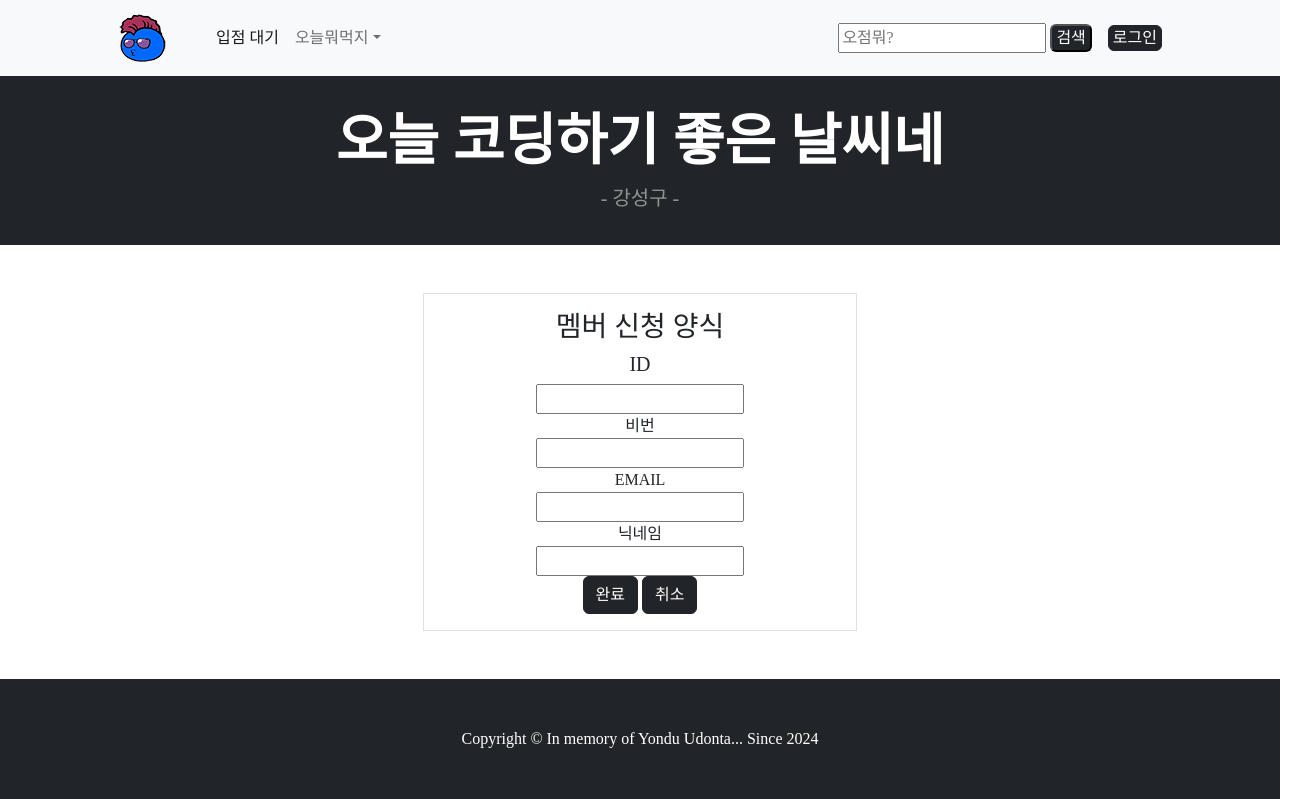
Repository: ashwan94/ydzone
Page: http://localhost/YonduZone/signUp
An editor plug-in stored every save of this project. The page is shown before and after the next save, followed by the edit.
The browser window is 1280 px wide. The page is 1292 px wide, so the pictures cover 1292 px, including what lies to the right of the window. The pictures show the whole page.
Some web fonts or font styles are not loaded; a fallback is used. The page is served by Tomcat 9. Other server files are loaded and not shown.

Above is the page before, as saved 2024-05-01 11:42:01.

### YonduZone/src/main/webapp/WEB-INF/views/common/signUp.jsp
<%@ page language="java" contentType="text/html; charset=UTF-8"
	pageEncoding="UTF-8"%>
<jsp:include page="/WEB-INF/views/common/header.jsp">
	<jsp:param value="회원가입" name="title" />
	<jsp:param value="오늘 코딩하기 좋은 날씨네" name="center" />
	<jsp:param value="- 강성구 -" name="content" />
</jsp:include>

<div class="row my-5">
	<div class="col-4"></div>
	<div class="col-4 border py-3 text-center">
		<form action="/signUp" method="post" id="signUpForm">
		<h3>멤버 신청 양식</h3>
		<label>
			<h5>ID</h5>
			<input type="text" name="id">
		</label>
		<label>
			<div>비번</div>
			<input type="password" name="pw">
		</label>
		<label>
			<div>EMAIL</div>
			<input type="email" name="email">
		</label>
		<label>
			<div>닉네임</div>
			<input type="text" name="nickName">
		</label>
		<input type="hidden" value="${msg }" id="msg">
		<div class="text-center">
			<button type="submit" id="submitBtn" class="btn btn-dark">완료</button>
			<button type="button" id="backBtn" class="btn btn-dark">취소</button>
		</div>
		</form>
	</div>
	<div class="col-4"></div>
</div>

<script src="https://cdn.jsdelivr.net/npm/bootstrap@5.3.3/dist/js/bootstrap.bundle.min.js"></script>
<script src="/Bootstrap/js/scripts.js"></script>

<script>
	const msgEl = document.querySelector("#msg");
	if(msgEl.value != ""){
		alert(msgEl.value);
	}

	const submitBtn = document.querySelector("#submitBtn");
	const backBtn = document.querySelector("#backBtn");

	submitBtn.addEventListener("click", function(e) {
		e.preventDefault();

		const idEl = document.querySelector("[name='id']");
		const pwEl = document.querySelector("[name='pw']");
		const emailEl = document.querySelector("[name='email']");
		const nickNameEl = document.querySelector("[name='nickName']");

		if(idEl.value == "" || pwEl.value == "" || emailEl.value == "" || nickNameEl.value == "") {
			alert("누락된 정보가 있습니다.");
		}else{
			const form = document.querySelector("#signUpForm");
			form.submit();
		}
	})

	backBtn.addEventListener("click", function() {
		history.back();
	});
</script>
<jsp:include page="/WEB-INF/views/common/footer.jsp"/>

### YonduZone/src/main/webapp/WEB-INF/views/common/header.jsp
<%@ page language="java" contentType="text/html; charset=UTF-8"
	pageEncoding="UTF-8"%>
<%@ taglib prefix="c" uri="http://java.sun.com/jsp/jstl/core"%>
<!DOCTYPE html>
<html lang="en">
<head>
<meta charset="UTF-8">
<meta name="viewport"
	content="width=device-width, initial-scale=1, shrink-to-fit=no" />
<meta name="description" content="" />
<meta name="author" content="" />
<!-- Favicon-->
<link rel="icon" type="image/x-icon" href="assets/favicon.ico" />
<!-- Bootstrap icons-->
<link
	href="https://cdn.jsdelivr.net/npm/bootstrap-icons@1.5.0/font/bootstrap-icons.css"
	rel="stylesheet" />
<!-- Core theme CSS (includes Bootstrap)-->
<link href="/Bootstrap/css/styles.css" rel="stylesheet" />
<title>${param.title }</title>
<style>
	a{
		text-decoration:none;
		color:black;
	}
	a:hover{
		color:rgb(57, 151, 255);
	}

	@font-face {
    font-family: 'SUIT-Regular';
    src: url('https://cdn.jsdelivr.net/gh/projectnoonnu/noonfonts_suit@1.0/SUIT-Regular.woff2') format('woff2');
    font-weight: normal;
    font-style: normal;
	}

	* {
		font-family: 'SUIT-Regular';
	}
</style>

</head>
<body>
	<header>
		<nav class="navbar navbar-expand-lg navbar-light bg-light">
			<div class="container px-4 px-lg-5">
				<a class="navbar-brand" href="/main"><img src="${pageContext.request.contextPath }/Source/header/logo/main_logo.png" alt="Welcome to YouduZone!"></a>
				<button class="navbar-toggler" type="button" data-bs-toggle="collapse" data-bs-target="#navbarSupportedContent" aria-controls="navbarSupportedContent" aria-expanded="false" aria-label="Toggle navigation">
					<span class="navbar-toggler-icon"></span>
				</button>
				<div class="collapse navbar-collapse" id="navbarSupportedContent">
					<ul class="navbar-nav me-auto mb-2 mb-lg-0 ms-lg-4">
						<li class="nav-item">
							<a class="nav-link active" aria-current="page" href="/restaurant/stanby?userNo=${sessionScope.user.no }" data-value="${sessionScope.user.no }" id="stanbyRestaurant">입점 대기</a>
						</li>
						<li class="nav-item dropdown">
                            <a class="nav-link dropdown-toggle" id="navbarDropdown" href="#" role="button" data-bs-toggle="dropdown" aria-expanded="false">오늘뭐먹지</a>
                            <ul class="dropdown-menu text-center" aria-labelledby="navbarDropdown">
                                <li><a class="dropdown-item" href="/restaurant/category?category=밥">밥</a></li>
                                <li><a class="dropdown-item" href="/restaurant/category?category=국/찌개">국/찌개</a></li>
                                <li><a class="dropdown-item" href="/restaurant/category?category=면/분식">면/분식</a></li>
                                <li><a class="dropdown-item" href="/restaurant/category?category=야식">야식</a></li>
                            </ul>
                        </li>
					</ul>

					<form action="/restaurant/search" method="get" class="d-flex">
						<label>
							<input type="text" name="searchWord" placeholder="오점뭐?" id="searchBar">
							<button type="submit" class="badge bg-dark text-white fs-6 rounded-25 p-1 fw-normal me-3">검색</button>
						</label>
					</form>
					<c:choose>
						<c:when test="${not empty sessionScope.user }">
							<a href="/restaurant/add" class="badge d-flex bg-dark text-white mx-2 p-1 rounded-25 fs-6 fw-normal">밥집 추가</a>
							<a href="/user/view"><span class="badge bg-dark text-white p-1 rounded-25 fs-6 fw-normal me-2">${sessionScope.user.nickName } 님</span></a>
							<form action="/logout" method="get">
								<button type="submit" class="d-flex badge bg-dark text-white p-1 rounded-25 fs-6 fw-normal">로그아웃</button>
							</form>
						</c:when>
						<c:otherwise>
							<form action="/login" method="get" class="d-flex">
								<button type="submit" class="badge btn btn-outline-dark bg-dark text-white p-1 rounded-25 fs-6 fw-normal">로그인</button>
							</form>
							<input type="hidden" id="loginCheck" value="${empty sessionScope.user }">
						</c:otherwise>
					</c:choose>
				</div>
			</div>
		</nav>
		<div class="container-fluid bg-dark p-3">
			<div class="text-center text-white my-3">
				<h1 class="display-4 fw-bolder">${param.center }</h1>
				<p class="lead fw-normal text-white-50 mb-0">${param.content }</p>
			</div>
		</div>
	</header>

### YonduZone/src/main/webapp/WEB-INF/views/common/footer.jsp
<%@ page language="java" contentType="text/html; charset=UTF-8"
	pageEncoding="UTF-8"%>
<footer class="py-5 bg-dark">
<div class="container">
	<p class="m-0 text-center text-white">Copyright &copy; In memory of Yondu Udonta... Since 2024</p>
</div>
</footer>
<!-- Bootstrap core JS-->
<script src="https://cdn.jsdelivr.net/npm/bootstrap@5.3.3/dist/js/bootstrap.bundle.min.js"></script>
<!-- Core theme JS-->
<script src="/Bootstrap/js/scripts.js"></script>
<script>
	const priceEl = document.querySelectorAll(".price");

	priceEl.forEach(el => {
		if(el == null) {
			console.log("There are no any price elements");
		} else{
			el.innerText = parseInt(el.innerText).toLocaleString() + "원";
		}
	})

	/* const searchBar = document.querySelector("#searchBar");
	searchBar.select(); */

	const loginCheck = document.querySelector("#loginCheck");
	const stanbyRestaurant = document.querySelector("#stanbyRestaurant");

	stanbyRestaurant.addEventListener("click", function(e) {
		e.preventDefault();

		if(loginCheck) {
			alert("로그인 이후 이용 가능합니다.");
			location.href = "/login";
		}else{
			location.href = "/restaurant/stanby?userNo=" + stanbyRestaurant.getAttribute("data-value");
		}
	})
</script>
</body>
</html>

### YonduZone/src/main/java/common/SignUpServlet.java
package common;

import java.io.IOException;
import java.net.URLEncoder;

import javax.servlet.ServletContext;
import javax.servlet.ServletException;
import javax.servlet.annotation.WebServlet;
import javax.servlet.http.HttpServlet;
import javax.servlet.http.HttpServletRequest;
import javax.servlet.http.HttpServletResponse;

import org.apache.ibatis.session.SqlSession;

import user.UserService;
import user.UserVO;

/**
 * Servlet implementation class SignUpServlet
 */
@WebServlet("/signUp")
public class SignUpServlet extends HttpServlet {
	private UserService service;

	@Override
		public void init() throws ServletException {
			ServletContext servletContext = getServletContext();
			SqlSession session = (SqlSession) servletContext.getAttribute("sqlSession");
			this.service = new UserService(session);
		}

	protected void doGet(HttpServletRequest request, HttpServletResponse response) throws ServletException, IOException {
		request.getRequestDispatcher("/WEB-INF/views/common/signUp.jsp").forward(request, response);
	}

	protected void doPost(HttpServletRequest request, HttpServletResponse response) throws ServletException, IOException {
		String id = request.getParameter("id");
		String pw = request.getParameter("pw");
		String email = request.getParameter("email");
		String nickName = request.getParameter("nickName");

		UserVO checkUser = service.getUser(new UserVO(id, pw));

		if(checkUser == null) {
			int insertUser = service.insertUser(new UserVO(id, pw, email, nickName));

			if(insertUser > 0) {
				String msg = URLEncoder.encode("회원가입이 완료되었습니다!", "UTF-8");
				response.sendRedirect("/login?msg=" + msg);
			}

		}else {
			request.setAttribute("msg", "이미 존재하는 계정입니다.");
			request.getRequestDispatcher("/WEB-INF/views/common/signUp.jsp").forward(request, response);
		}


	}

}

Loaded but not shown: YonduZone/src/main/webapp/Bootstrap/css/styles.css (library); YonduZone/src/main/webapp/Bootstrap/js/scripts.js (common file)

After the next save:
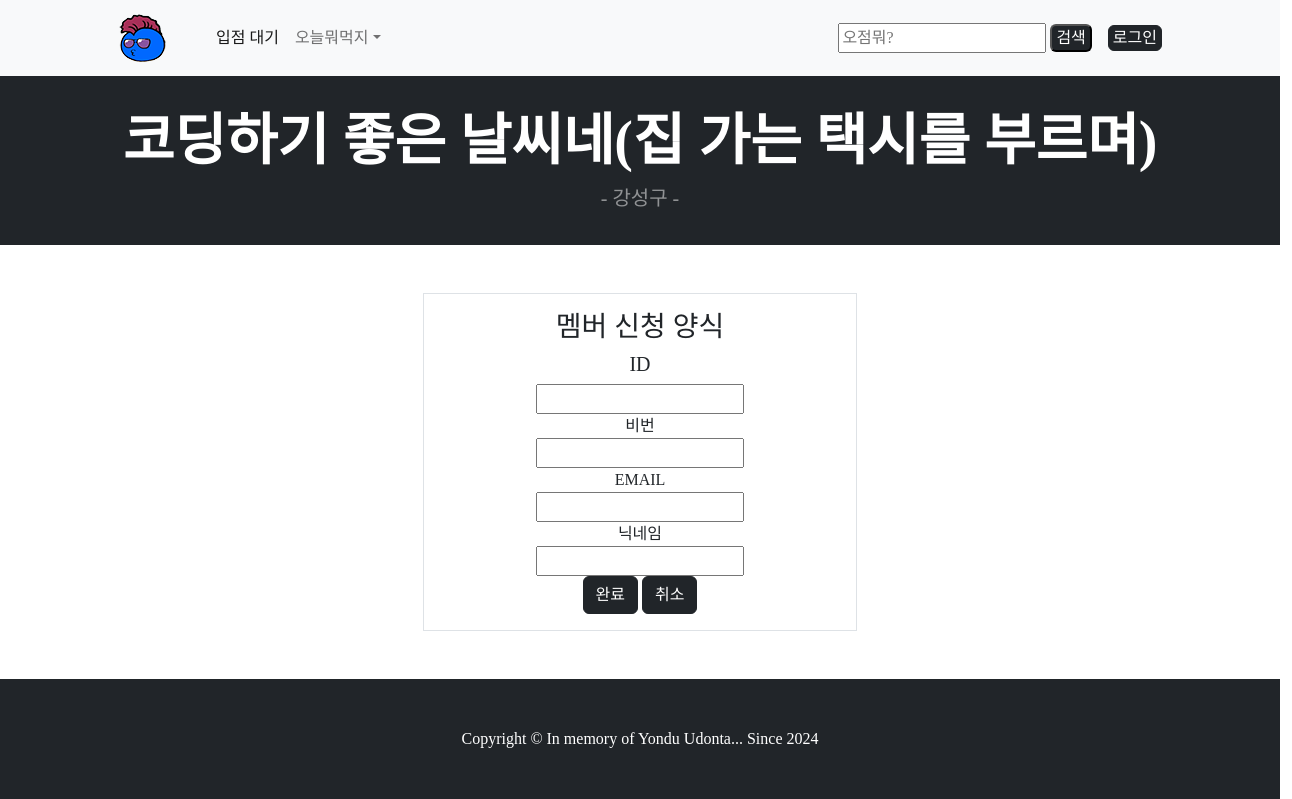
Saved 41 s later.
--- a/YonduZone/src/main/webapp/WEB-INF/views/common/signUp.jsp
+++ b/YonduZone/src/main/webapp/WEB-INF/views/common/signUp.jsp
@@ -2,7 +2,7 @@
 	pageEncoding="UTF-8"%>
 <jsp:include page="/WEB-INF/views/common/header.jsp">
 	<jsp:param value="회원가입" name="title" />
-	<jsp:param value="오늘 코딩하기 좋은 날씨네" name="center" />
+	<jsp:param value="코딩하기 좋은 날씨네(집 가는 택시를 부르며)" name="center" />
 	<jsp:param value="- 강성구 -" name="content" />
 </jsp:include>
 
